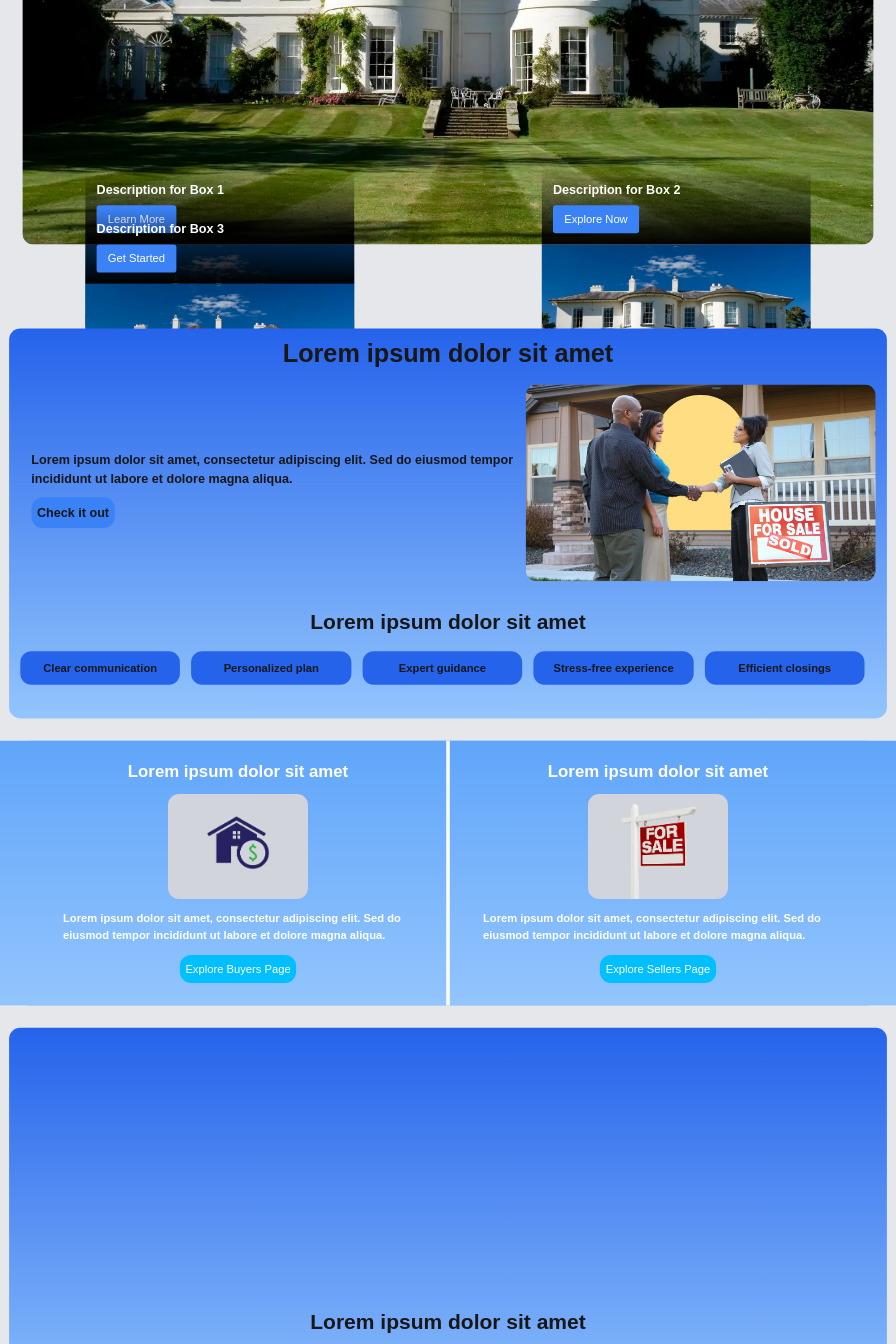
Repository: TMuse333/single-page-real-estate
Page: / (app in frontend/)
An editor plug-in stored every save of this project. The page is shown before and after a run of saves, followed by the edit.
The browser window is 1280 px wide. The pictures show the part of the page from y = 1206 to 3126 px (the page is 6056 px tall before and 7208 px after), at 70% of full size.
The project was rebuilt for these pictures with package versions that can differ from the ones it lists, and the page was loaded fresh each time. The framework's server and built-in components were replaced by stand-ins that run in the browser. Also part of the build but not shown: frontend/next.config.mjs.

Above is the page before, as saved 2024-12-05 16:23:14.

After the next 2 saves:
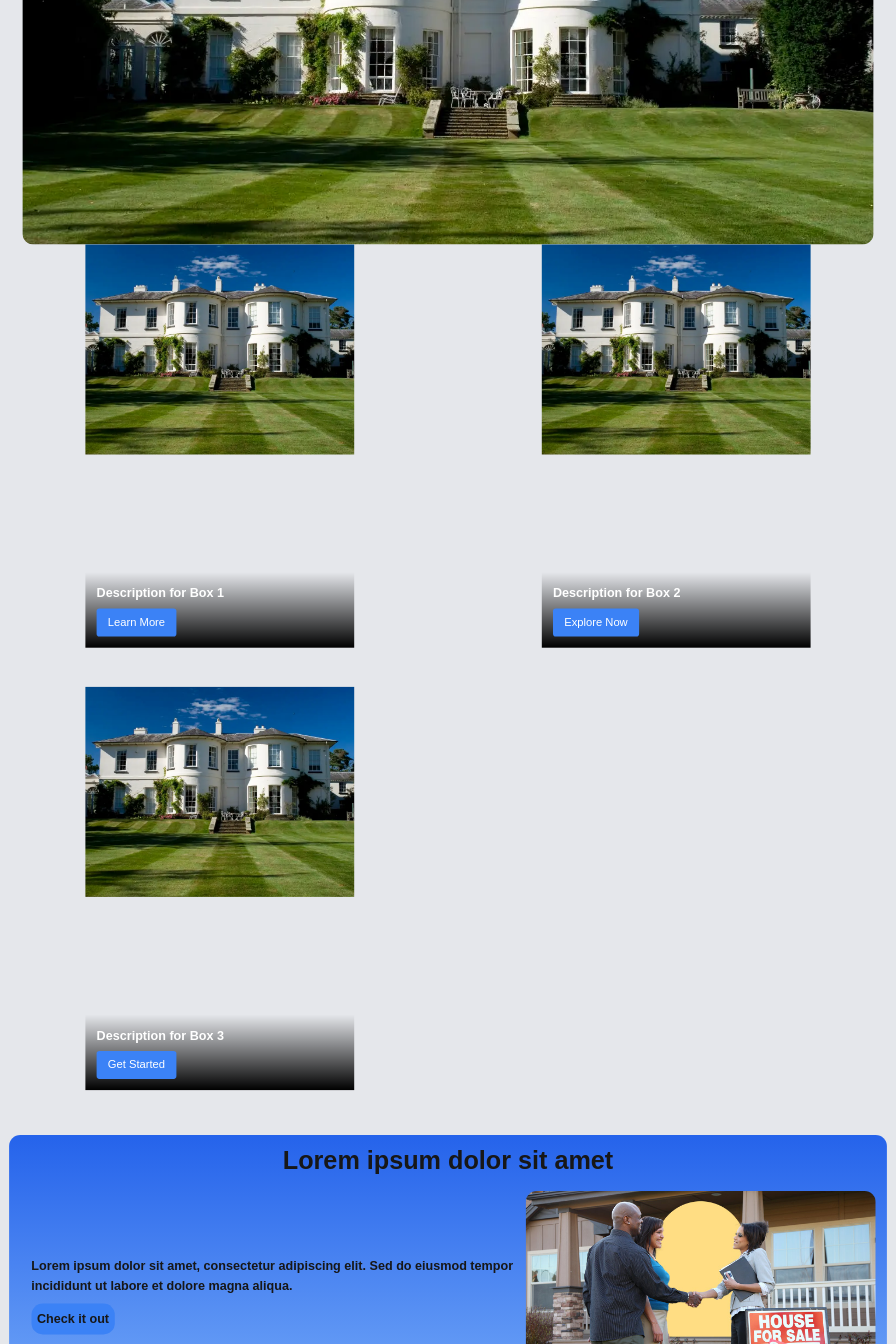
The 2 saves are shown as one change because they came seconds apart.
The last was saved 32 s later.
--- a/frontend/src/components/interactiveDisplayBox/interactiveDisplayBox.tsx
+++ b/frontend/src/components/interactiveDisplayBox/interactiveDisplayBox.tsx
@@ -16,7 +16,8 @@ const InteractiveBox: React.FC<InteractiveBoxProps> = ({
   button,
 }) => {
   return (
-    <div className="relative w-[90vw] sm:w-[45vw] lg:w-[30vw] mx-auto mb-8">
+    <div className="relative w-[90vw] sm:w-[45vw] lg:w-[30vw] mx-auto mb-8
+    h-[80vh]">
       <div
         className="absolute top-0 left-0 right-0 bottom-0 bg-cover bg-center"
         style={{ backgroundImage: `url(${src})`, height: "300px" }}
